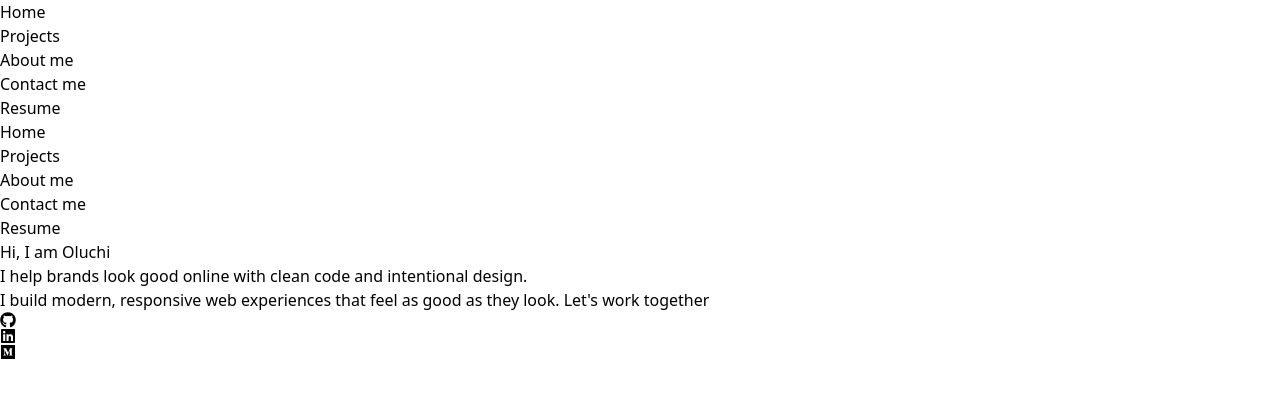
Repository: ooluchi/portfolio_
Page: / (app in my-react-app/)
An editor plug-in stored every save of this project. The page is shown before and after the next save, followed by the edit.
The browser window is 1280 px wide. The pictures show the whole page.
The project was rebuilt for these pictures with package versions that can differ from the ones it lists, and the page was loaded fresh each time. Also part of the build but not shown: my-react-app/vite.config.ts.

Above is the page before, as saved 2025-11-17 12:37:43.

### my-react-app/src/App.tsx


import './index.css'
import Home from './components/Home'
import NavBar from './components/NavBar'

export default function App() {

  return (
    <div className='dark'>
    <NavBar />
    <Home />
    </div>
  )
}

### my-react-app/src/components/Home.tsx
import NavBar from './NavBar'
import { FaGithub, FaLinkedin, FaMedium } from "react-icons/fa";

export default function Home() {
  return (
    <div>
      <NavBar />
      <div>
        <h3>Hi, I am Oluchi</h3>
        <p>I help brands look good online with clean code and intentional design.</p>
        <p>I build modern, responsive web experiences that feel as good as they look. Let's work together</p>
      </div>
      <div>
        <a
          href="https://github.com/ooluchi"
          target="_blank"
          rel="noreferrer"
          aria-label="GitHub"
        >
          <FaGithub/>
        </a>
        <a
          href="https://github.com/ooluchi"
          target="_blank"
          rel="noreferrer"
          aria-label="LinkedIn"
        >
        <FaLinkedin />
        </a>

        <a
          href="https://medium.com/@ooluchiokoro"
          target="_blank"
          rel="noreferrer"
          aria-label="Medium"
        >
          <FaMedium />
        </a>

      </div>
    </div>
  )
}

### my-react-app/src/components/NavBar.tsx
import React from 'react'

export default function NavBar() {
  return (
    <nav>
      <div>
        <ul>
          <li><a href="#hero">Home</a></li>
          <li><a href="#projects">Projects</a></li>
          <li><a href="#about">About me</a></li>
          <li><a href="#contact">Contact me</a></li>
          <li><a href="">Resume</a></li>
        </ul>

      </div>

    </nav>
  )
}

### my-react-app/tailwind.config.js
/** @type {import('tailwindcss').Config} */
export default {
  content: [],
  theme: {
    extend: {},
  },
  plugins: [],
  darkMode: 'class',
}

Loaded but not shown: my-react-app/index.html (common file); my-react-app/src/main.tsx (common file); my-react-app/src/index.css (common file)

After the next save:
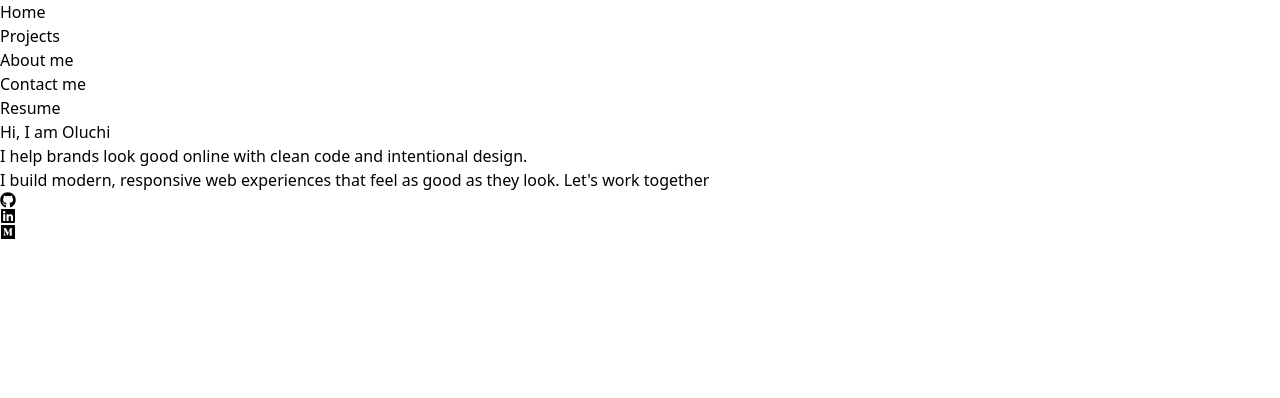
Saved 9 min 23 s later.
--- a/my-react-app/src/components/Home.tsx
+++ b/my-react-app/src/components/Home.tsx
@@ -4,7 +4,7 @@ import { FaGithub, FaLinkedin, FaMedium } from "react-icons/fa";
 export default function Home() {
   return (
     <div>
-      <NavBar />
+
       <div>
         <h3>Hi, I am Oluchi</h3>
         <p>I help brands look good online with clean code and intentional design.</p>
